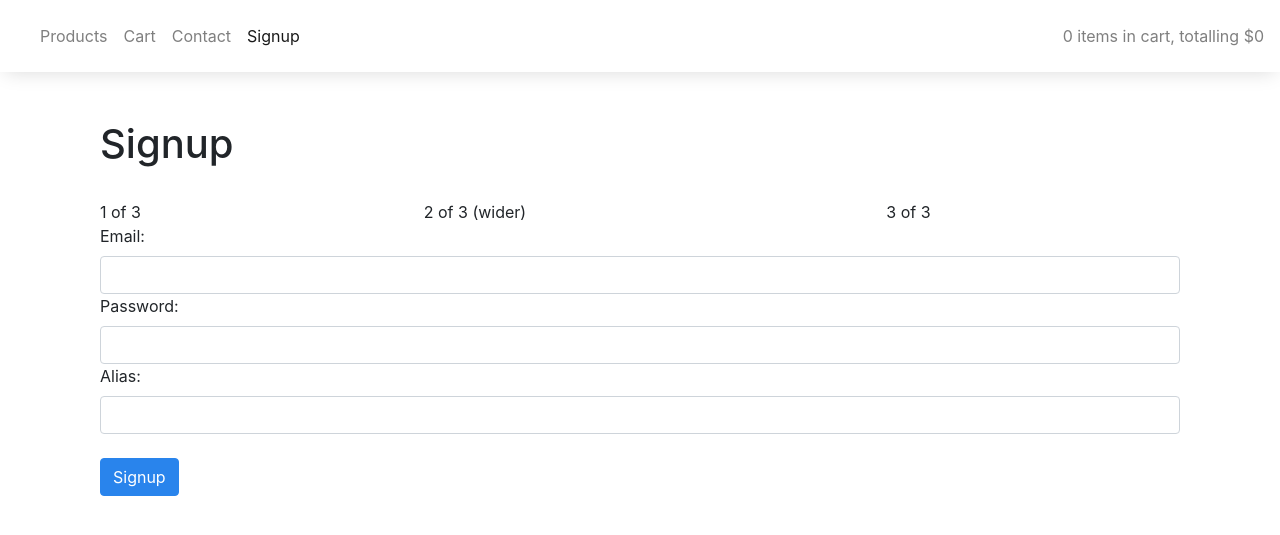
Repository: dayrim/wavecraft
Page: /signup
An editor plug-in stored every save of this project. The page is shown before and after a run of saves, followed by the edit.
The browser window is 1280 px wide. The pictures show the whole page.
The project was rebuilt for these pictures with package versions that can differ from the ones it lists, and the page was loaded fresh each time. Also part of the build but not shown: vue.config.js.

Above is the page before, as saved 2019-04-22 16:03:19.

After the next 2 saves:
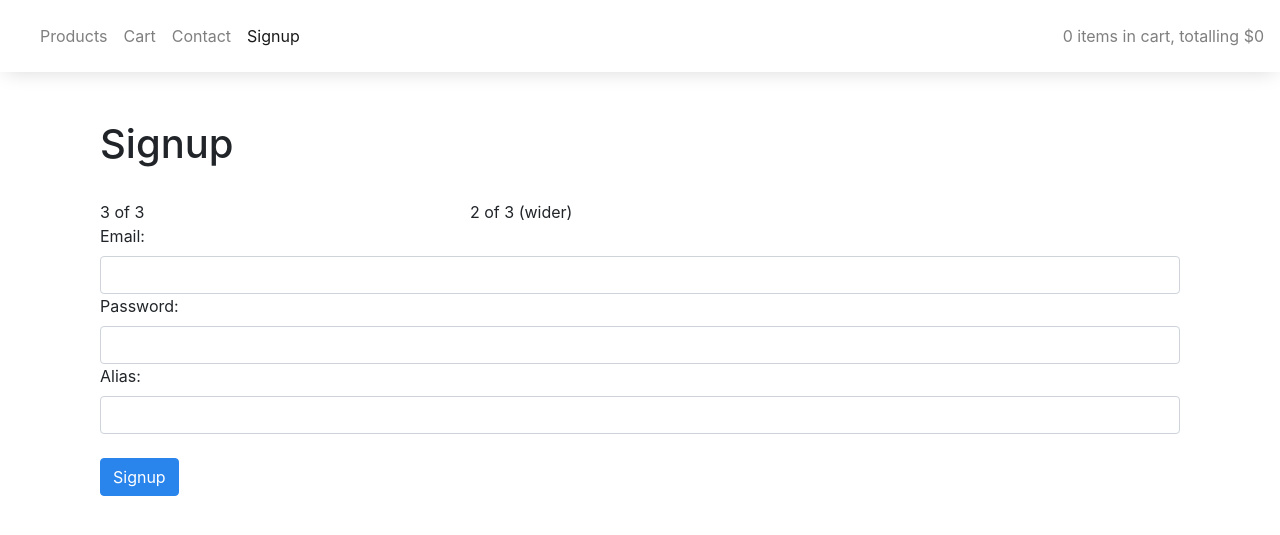
The 2 saves are shown as one change because they came seconds apart.
The last was saved 28 s later.
--- a/src/components/Signup.vue
+++ b/src/components/Signup.vue
@@ -3,9 +3,8 @@
     <h1>Signup</h1>
     <br />
     <b-row>
-      <b-col>1 of 3</b-col>
-      <b-col cols="5">2 of 3 (wider)</b-col>
       <b-col>3 of 3</b-col>
+      <b-col cols="8">2 of 3 (wider)</b-col>
     </b-row>
 
     <label for="email">Email:</label>
